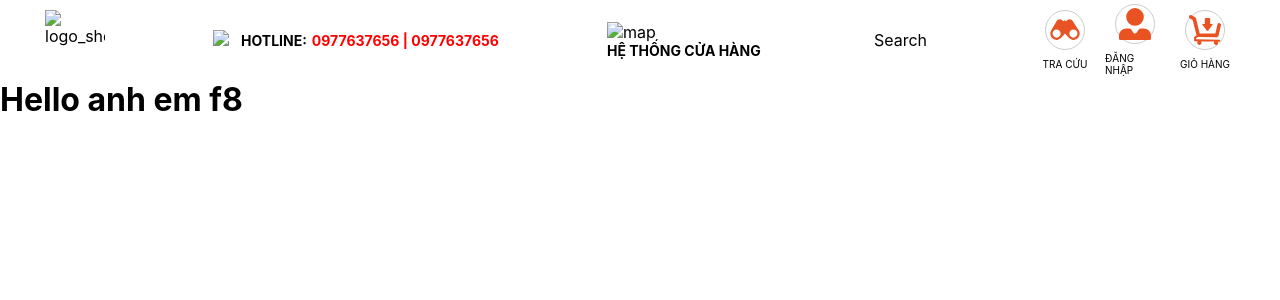
Repository: manhhieu120499/BadmintonShop
Page: /
An editor plug-in stored every save of this project. The page is shown before and after the next save, followed by the edit.
The browser window is 1280 px wide. The pictures show the whole page.
The project was rebuilt for these pictures with package versions that can differ from the ones it lists, and the page was loaded fresh each time.

Above is the page before, as saved 2024-08-19 11:16:52.

### src/App.js
import './App.css';
import { DefaultLayout } from './layouts/DefaultLayout';

function App() {
	return (
		<DefaultLayout>
			<div className="App">
				<h1>Hello anh em f8</h1>
			</div>
		</DefaultLayout>
	);
}

export default App;

### src/App.css
/*reset css*/
* {
	margin: 0;
	padding: 0;
	box-sizing: border-box;
}

### src/layouts/DefaultLayout/DefaultLayout.js
import classNames from 'classnames/bind';
import styles from './DefaultLayout.module.scss';
import { Header } from '../components/';

const cx = classNames.bind(styles);

function DefaultLayout({ children }) {
	return (
		<div className={cx('container')}>
			<Header />
			{children}
		</div>
	);
}

export default DefaultLayout;

### src/layouts/DefaultLayout/DefaultLayout.module.scss
.container {
	width: 100vw;
	min-height: 100vh;
	background-color: white;
}

### src/layouts/components/Header/Header.js
import classNames from 'classnames/bind';
import styles from './Header.module.scss';
import images from '../../../assets/images';
import Search from '../Search';
import { LookupIcon, ShoppingCart, UserIcon } from '../../../components/Icons';
import Button from '../../../components/Button';
const cx = classNames.bind(styles);
function Header() {
	return (
		<div className={cx('wrapper')}>
			<img
				className={cx('logo-brand')}
				src={images.logo}
				alt="logo_shop"
			/>
			<div className={cx('header-content')}>
				<div className={cx('info-contact')}>
					{/** icon */}
					<img
						src={images.phone_call}
						alt="telesale"
						className={cx('image-telesale')}
					/>
					<div className={cx('contact')}>
						<p className={cx('contact_title')}>HOTLINE:</p>
						<p className={cx('contact_number')}>
							<span>0977637656</span>
							<span> | </span>
							<span>0977637656</span>
						</p>
					</div>
				</div>
				<div className={cx('other-company')}>
					{/** icon */}
					<img
						src={images.map}
						alt="map"
						className={cx('image-map')}
					/>
					<p className={cx('company-title')}>HỆ THỐNG CỬA HÀNG</p>
				</div>
				<Search />
			</div>
			<div className={cx('other')}>
				<Button title={'Tra cứu'} Icon={LookupIcon} />
				<Button title={'Đăng nhập'} Icon={UserIcon} />
				<Button title={'Giỏ hàng'} Icon={ShoppingCart} />
			</div>
		</div>
	);
}

export default Header;

### src/layouts/components/Header/Header.module.scss
.wrapper {
	height: 80px;
	width: 100%;
	padding: 0px 45px;
	display: flex;
	justify-content: space-between;
	align-items: center;
}

.logo-brand {
	width: 60px;
	height: 60px;
	display: inline-block;
}

.header-content {
	display: flex;
	align-items: center;
	justify-content: space-between;
	width: 60%;
}

.info-contact {
	display: flex;
	align-items: center;
}

.contact {
	display: flex;
	align-items: center;
}

.contact_title,
.company-title {
	font-weight: bold;
	margin-right: 5px;
	font-size: 14px;
}

.contact_number > span {
	font-weight: bold;
	font-size: 14px;
	color: red;
}

.contact_number:hover > span {
	color: black;
	cursor: pointer;
}

.image-telesale,
.image-map {
	width: 20px;
	height: 20px;
	margin-right: 8px;
}

.other {
	display: flex;
	align-items: center;
	gap: 10px;
}

### src/assets/images/index.js
const images = {
	logo: require('../images/logo.svg').default,
	phone_call: require('../images/phone-call.svg').default,
	map: require('../images/pin-white.svg').default,
};

export default images;

### src/layouts/components/Search/Search.js
function Search() {
	return <div>Search</div>;
}

export default Search;

### src/components/Icons/Icon.js
export const LookupIcon = ({ width = '2rem', height = '2rem' }) => {
	return (
		<svg
			version="1.1"
			id="Layer_1"
			xmlns="http://www.w3.org/2000/svg"
			x="0px"
			y="0px"
			viewBox="0 0 850.39 850.39"
			width={width}
			height={height}
		>
			<path
				fill="#E75325"
				d="M797.17,444.28L641.85,206.29c-14.4-37.32-50.59-63.8-92.99-63.8c-35.78,0-67.14,18.86-84.72,47.18
								   c-11.68-9.55-26.59-15.28-42.85-15.28c-18.79,0-35.78,7.65-48.06,20c-16.92-30.92-49.75-51.89-87.48-51.89
								   c-38.92,0-72.61,22.33-89.02,54.86L53.74,443.61c-12.2,23.22-19.14,49.61-19.14,77.61c0,92.32,75.11,167.44,167.44,167.44
								   c55.47,0,95.68-27.91,135.19-68.81l88.06-98.63l88.06,98.63c39.51,36.92,79.72,68.81,135.19,68.81
								   c92.33,0,167.44-75.11,167.44-167.44C815.97,493.49,809.15,467.34,797.17,444.28z M202.03,628.85
								   c-59.45,0-107.64-48.19-107.64-107.64s48.19-107.64,107.64-107.64s107.64,48.19,107.64,107.64S261.48,628.85,202.03,628.85z
									M648.53,628.85c-59.45,0-107.64-48.19-107.64-107.64s48.19-107.64,107.64-107.64s107.64,48.19,107.64,107.64
								   S707.98,628.85,648.53,628.85z"
			></path>
		</svg>
	);
};

export const UserIcon = ({ width = '2rem', height = '2rem' }) => {
	return (
		<svg
			xmlns="http://www.w3.org/2000/svg"
			viewBox="0 0 245.86 244.44"
			fill="#E95221"
			width={width}
			height={height}
		>
			<path
				d="M249.31,163.93H225.14a16.46,16.46,0,0,0-13.49,7l-16.9,24.18a16.46,16.46,0,0,1-27.12-.18l-16.17-23.82a16.48,16.48,0,0,0-13.62-7.22H114.11a55.34,55.34,0,0,0-55.33,55.34v24.55A8.23,8.23,0,0,0,67,252.06h229.4a8.24,8.24,0,0,0,8.23-8.24V219.27A55.34,55.34,0,0,0,249.31,163.93Zm-67.57-20.58a67.87,67.87,0,1,0-67.86-67.87A67.86,67.86,0,0,0,181.74,143.35Z"
				transform="translate(-58.78 -7.61)"
			></path>
		</svg>
	);
};

export const ShoppingCart = ({ width = '2rem', height = '2rem' }) => {
	return (
		<svg
			xmlns="http://www.w3.org/2000/svg"
			viewBox="0 0 265.71 247.92"
			fill="#E95221"
			width={width}
			height={height}
		>
			<path
				d="M298.21,71.39a14.93,14.93,0,0,0-17.88,11.2l-17.21,75-129.91-1.2L101.9,31.17a15,15,0,0,0-7.28-9.46L66.2,6.08A14.92,14.92,0,0,0,51.82,32.23L74.53,44.72l31.89,127.52L89.25,185.79A8.52,8.52,0,0,0,86,192.48v21.31a8.52,8.52,0,0,0,8.4,8.53l24.06.34A17,17,0,1,0,142,223l112.53,1.58a17,17,0,1,0,26.94.38l14.67.2h.13a8.53,8.53,0,0,0,.11-17l-193.35-2.72v-8.77l14.18-11.2a14.36,14.36,0,0,0,4.15.67l153.44,1.43H275a14.93,14.93,0,0,0,14.54-11.59l19.91-86.66A14.93,14.93,0,0,0,298.21,71.39Z"
				transform="translate(-44.09 -4.24)"
				strokeMiterlimit="10"
				strokeLinecap="round"
				strokeLinejoin="round"
			></path>
			<path
				d="M233.64,77.44H219.77V37.3a8.91,8.91,0,0,0-8.91-8.91H184.14a8.91,8.91,0,0,0-8.9,8.91V77.44H161.37c-6.14,0-8.16,4-4.5,9l10.32,13.84,13.33,17.9L190.84,132c3.67,4.92,9.67,4.92,13.33,0l10.32-13.85,13.33-17.9,10.32-13.84C241.8,81.46,239.78,77.44,233.64,77.44Z"
				transform="translate(-44.09 -4.24)"
				strokeMiterlimit="10"
				strokeLinecap="round"
				strokeLinejoin="round"
			></path>
		</svg>
	);
};

### src/components/Button/Button.js
import classNames from 'classnames/bind';
import styles from './Button.module.scss';

const cx = classNames.bind(styles);

function Button({ title, Icon, onClick }) {
	return (
		<div className={cx('wrapper')} onClick={onClick}>
			<div className={cx('image-icon')}>
				<Icon />
			</div>
			<p className={cx('title')}>{title.toUpperCase()}</p>
		</div>
	);
}

export default Button;

### src/components/Button/Button.module.scss
.wrapper {
	display: flex;
	flex-direction: column;
	align-items: center;
	width: 60px;
}

.image-icon {
	width: 40px;
	height: 40px;
	border-radius: 50%;
	border: 1px solid #ccc;
	display: flex;
	align-items: center;
	justify-content: center;
}

.title {
	margin-top: 8px;
	font-size: 10px;
}

Loaded but not shown: public/index.html (common file); src/index.js (common file); src/index.css (common file); src/reportWebVitals.js (common file); src/layouts/DefaultLayout/index.js (common file); src/layouts/components/index.js (common file); src/layouts/components/Header/index.js (common file); src/layouts/components/Search/index.js (common file); src/components/Icons/index.js (common file); src/components/Button/index.js (common file)

After the next save:
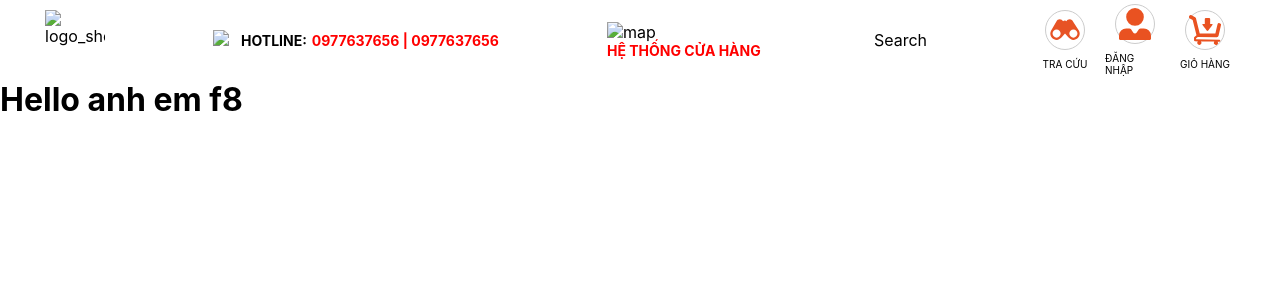
Saved 29 s later.
--- a/src/layouts/components/Header/Header.module.scss
+++ b/src/layouts/components/Header/Header.module.scss
@@ -37,6 +37,10 @@
 	font-size: 14px;
 }
 
+.company-title {
+	color: red;
+}
+
 .contact_number > span {
 	font-weight: bold;
 	font-size: 14px;

After the save that followed:
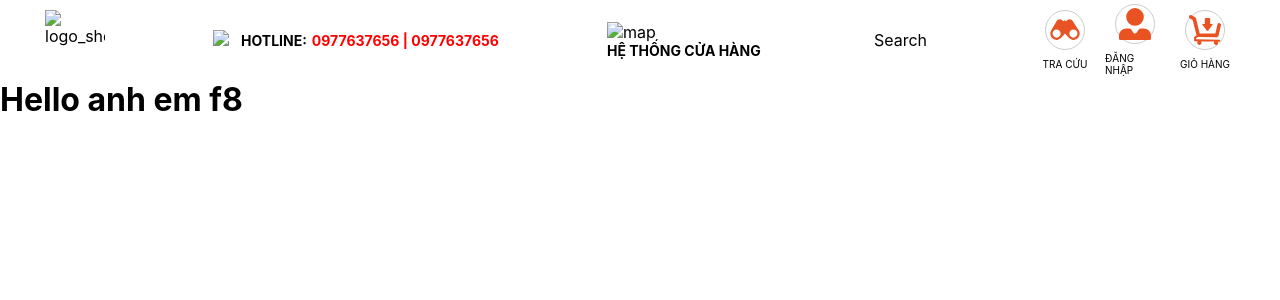
Saved 15 s later.
--- a/src/layouts/components/Header/Header.module.scss
+++ b/src/layouts/components/Header/Header.module.scss
@@ -37,7 +37,7 @@
 	font-size: 14px;
 }
 
-.company-title {
+.company-title:hover {
 	color: red;
 }
 
